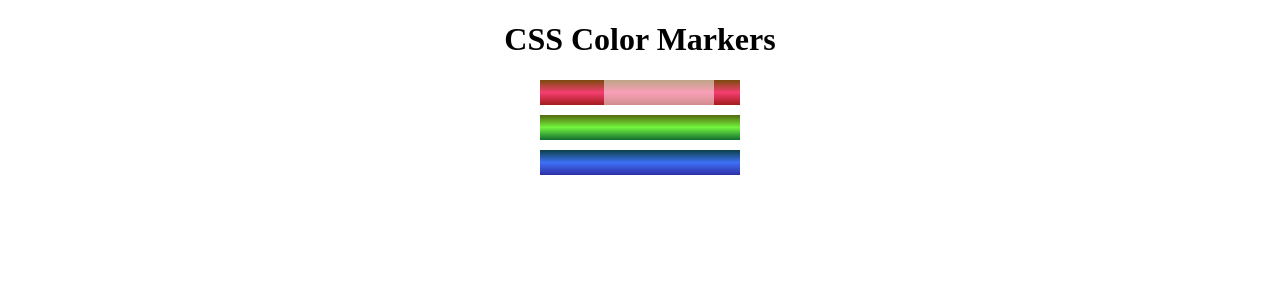
Repository: AimenDje/ColoredMarkers
Page: index.html
These files come from the project's save history. The page is drawn as it stood at one moment and after the next save; the edit follows.
The browser window is 1280 px wide. The pictures show the whole page.

Above is the page before, as saved 2025-05-09 11:46:08.

After the next save:
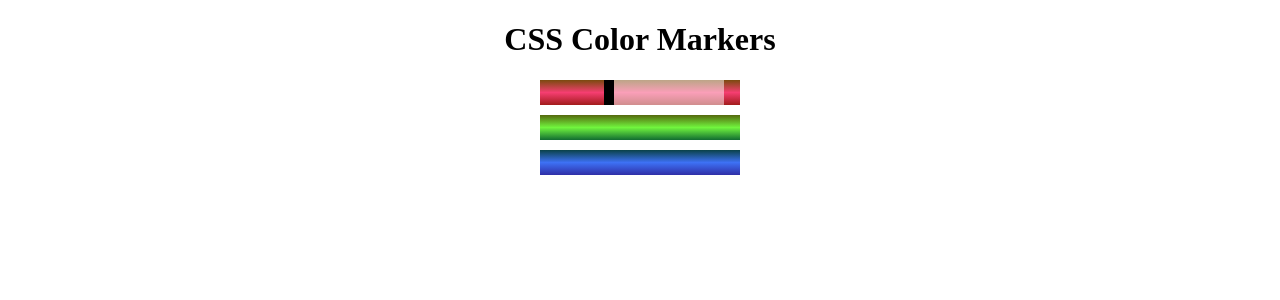
Saved 44 s later.
--- a/styles.css
+++ b/styles.css
@@ -24,7 +24,8 @@
   width: 110px;
   height: 25px;
   background-color: rgba(255, 255, 255, 0.5);
-  border-left-width:10px;
+  border-left-width: 10px;
+  border-left-style:solid;
 }
 
 .cap{
